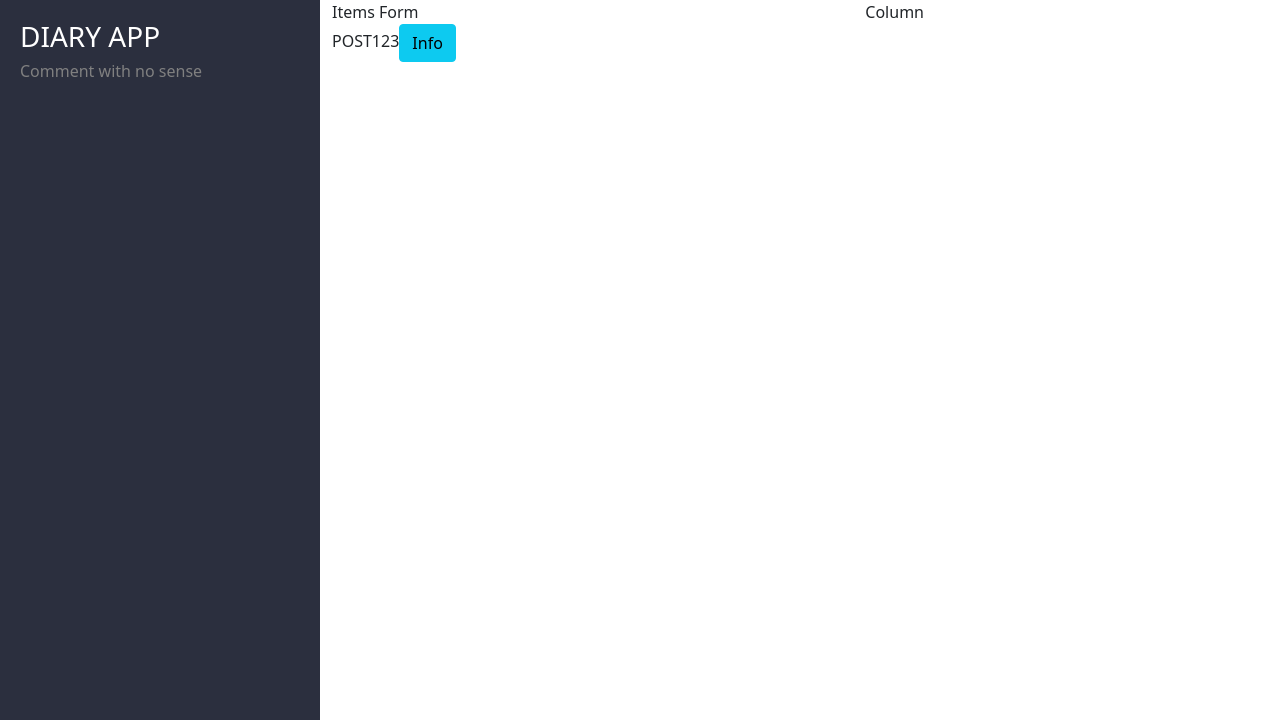
Repository: tsydikov/diary
Page: /
An editor plug-in stored every save of this project. The page is shown before and after the next save, followed by the edit.
The browser window is 1280 px wide. The pictures show the whole page.
The project was rebuilt for these pictures with package versions that can differ from the ones it lists, and the page was loaded fresh each time.

Above is the page before, as saved 2021-09-10 19:24:23.

After the next save:
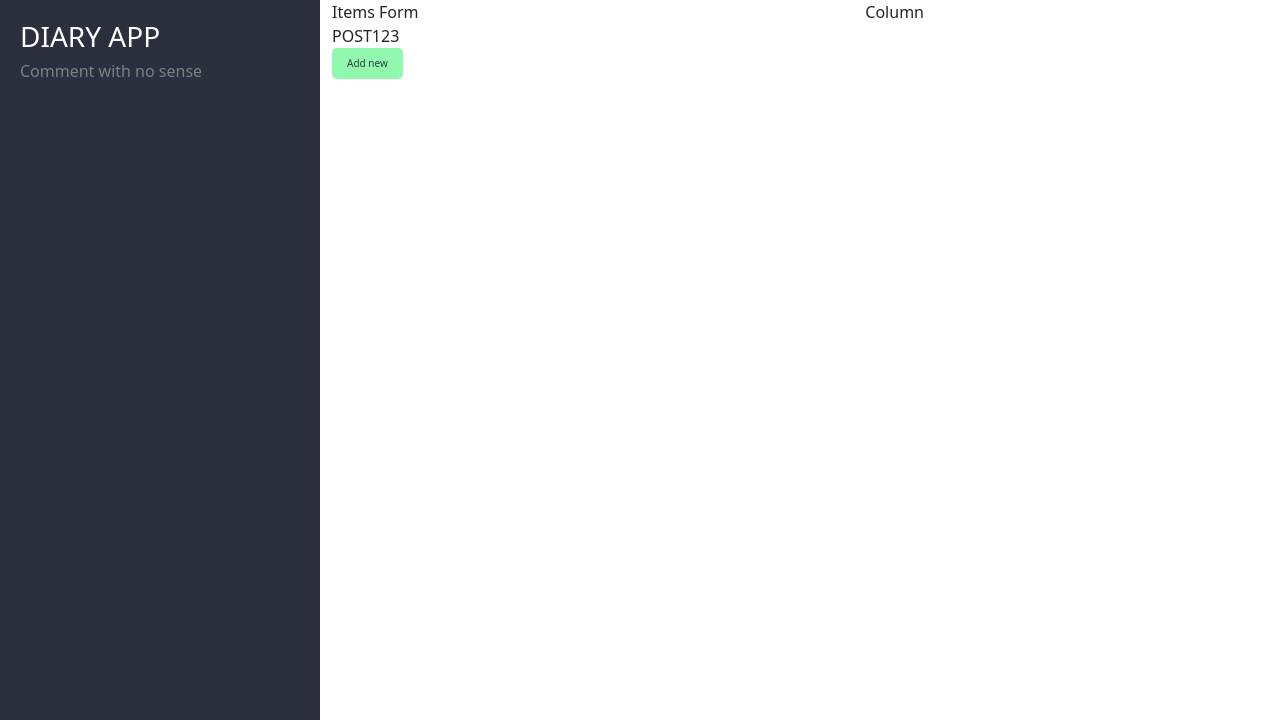
Saved 52 s later.
--- a/src/App.js
+++ b/src/App.js
@@ -1,4 +1,5 @@
 import React from "react";
+import Button from "./UI/Buttons/Button";
 import Navbar from "./UI/Navbar/Navbar";
 
 function App() {
@@ -13,7 +14,7 @@ function App() {
           Form
           <div>
             <div>
-              POST<span>123</span><button type="button" class="btn btn-info">Info</button>
+              POST<span>123</span><Button>Add new</Button>
             </div>
           </div>
     </div>
